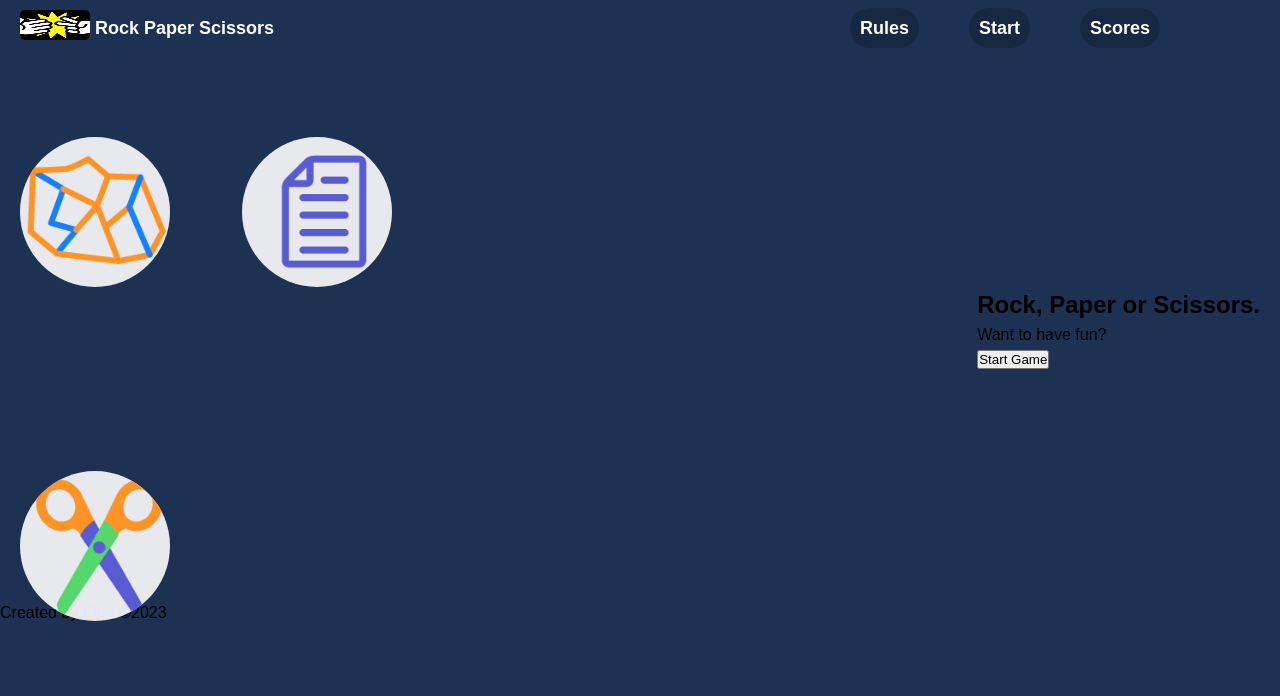
Repository: MikkyPrestige/rock-paper-scissors
Page: index.html
These files come from the project's save history. The page is drawn as it stood at one moment and after the next save; the edit follows.
The browser window is 1280 px wide. The pictures show the whole page.

Above is the page before, as saved 2023-05-08 04:42:50.

### index.html
<!DOCTYPE html>
<html lang="en">

<head>
  <meta charset="UTF-8">
  <meta http-equiv="X-UA-Compatible" content="IE=edge">
  <meta name="viewport" content="width=device-width, initial-scale=1.0">
  <title>Rock, Paper or Scissors Game</title>
  <link rel="stylesheet" href="./index.css">
  <!-- <script src="./index.js" defer></script> -->
</head>

<body>
  <main>
    <header>
      <figure>
        <a href="/">
          <img src="./img/logo.png" alt="Logo" class="logo">
        </a>
        <figcaption>Rock Paper Scissors</figcaption>
      </figure>
      <nav>
        <ul>
          <li><a href="#">Rules</a></li>
          <li><a href="#">Start</a></li>
          <li><a href="#">Scores</a></li>
        </ul>
      </nav>
    </header>
    <section class="home">
      <div class="images">
        <img src="./img/Rock.gif" alt="Rock image" class="img rock">
        <img src="./img/Paper.gif" alt="Paper image" class="img paper">
        <img src="./img/Scissors.gif" alt="Scissors image" class="img scissors">
      </div>
      <div class="content">
        <h1>Rock, Paper or Scissors.</h1>
        <p>Want to have <span>fun?</span></p>
        <button type="submit" class="btn">Start Game</button>
      </div>
    </section>

    <footer>
      <p>Created by <a href="#" target="_blank">Elue</a> &copy;2023</p>
    </footer>
  </main>
</body>

</html>

### index.css
*,
*::after,
*::before {
  box-sizing: border-box;
  margin: 0;
  padding: 0;
}

html {
  font-size: 62.5%;
}

body {
  font-family: "Fira Sans", sans-serif;
  font-size: 1.6rem;
  line-height: 1.5;
  background: rgba(29, 50, 83, 1);
  width: 100%;
  height: 100%;
}

main {
  display: flex;
  flex-direction: column;
  justify-content: center;
  gap: 2rem;
  height: 100%;
  width: 100%;
}

header {
  display: flex;
  justify-content: space-between;
  align-items: center;
  padding: 1rem 2rem;
  width: 100%;
  height: auto;
}

figure {
  display: flex;
  align-items: center;
  gap: .5rem;
  height: auto;
}

.logo {
  width: 7rem;
  height: 3rem;
  border-radius: .5rem;
  -webkit-border-radius: .5rem;
  -moz-border-radius: .5rem;
  -ms-border-radius: .5rem;
  -o-border-radius: .5rem;
}

figcaption {
  font-size: 1.8rem;
  font-weight: 600;
  color: rgba(255, 255, 255, 1);
}

nav {
  height: auto;
  margin-right: 10rem;
}

ul {
  display: flex;
  justify-content: center;
  align-items: center;
  gap: 5rem;
  list-style: none;
}

li a {
  font-size: 1.8rem;
  font-weight: 600;
  color: rgba(255, 255, 255, 1);
  background: linear-gradient(0deg, rgba(0, 0, 0, 0.2), rgba(0, 0, 0, 0.2)), #1D3253;
  text-decoration: none;
  padding: 1rem;
  border-radius: 2rem;
}

li a:hover {
  background: rgba(255, 255, 255, 1);
  color: rgba(29, 50, 83, 1);
  text-decoration: underline;
}

.home {
  display: flex;
  justify-content: space-between;
  align-items: center;
  padding: 1rem 2rem;
  width: 100%;
  height: 70vh;
}

.images {
  position: relative;
  height: 100%;
  flex-basis: 30%;
  margin-top: 10rem;
}

.img {
  background: rgba(253, 253, 253, 0.9);
  border-radius: 50%;
  -webkit-border-radius: 50%;
  -moz-border-radius: 50%;
  -ms-border-radius: 50%;
  -o-border-radius: 50%;
  width: 15rem;
  height: 15rem;
}

.rock {
  position: absolute;
  top: 0;
  left: 0;
}

.paper {
  position: absolute;
  top: 0;
  right: 0;
}

.scissors {
  position: absolute;
  bottom: 0;
  left: 0;
}

After the next save:
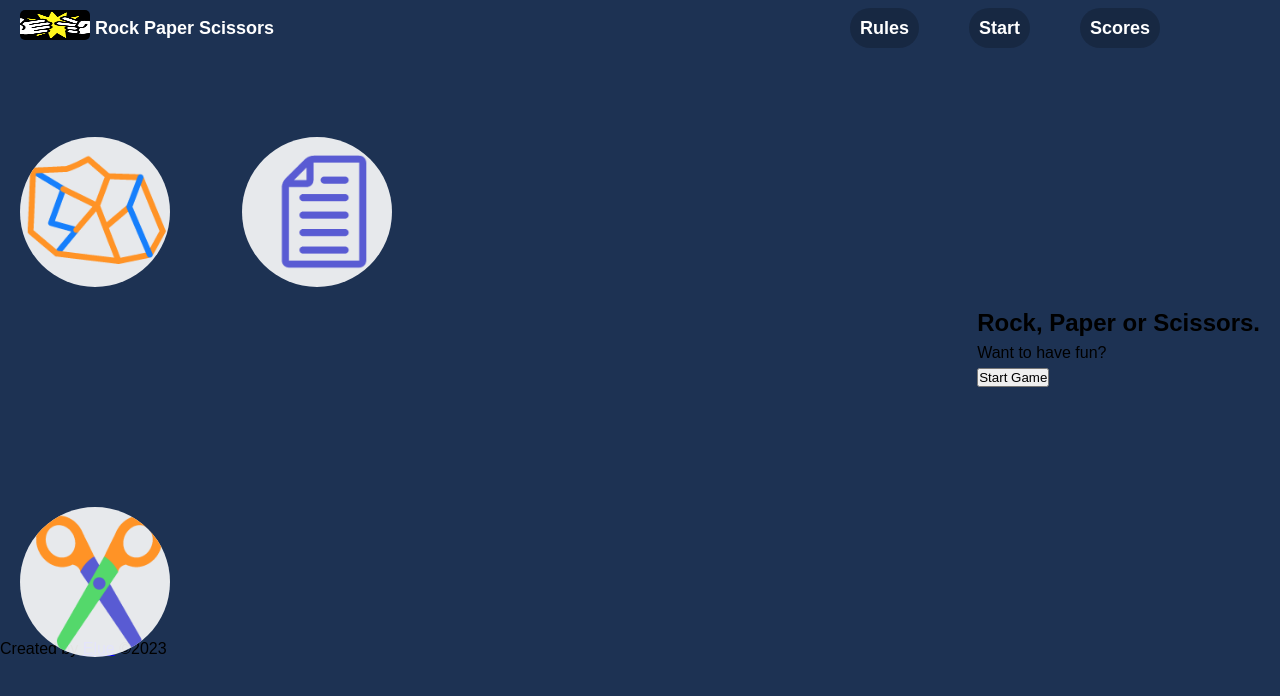
Saved 10 s later.
--- a/index.css
+++ b/index.css
@@ -95,7 +95,7 @@ li a:hover {
   align-items: center;
   padding: 1rem 2rem;
   width: 100%;
-  height: 70vh;
+  height: 75vh;
 }
 
 .images {

After the save that followed:
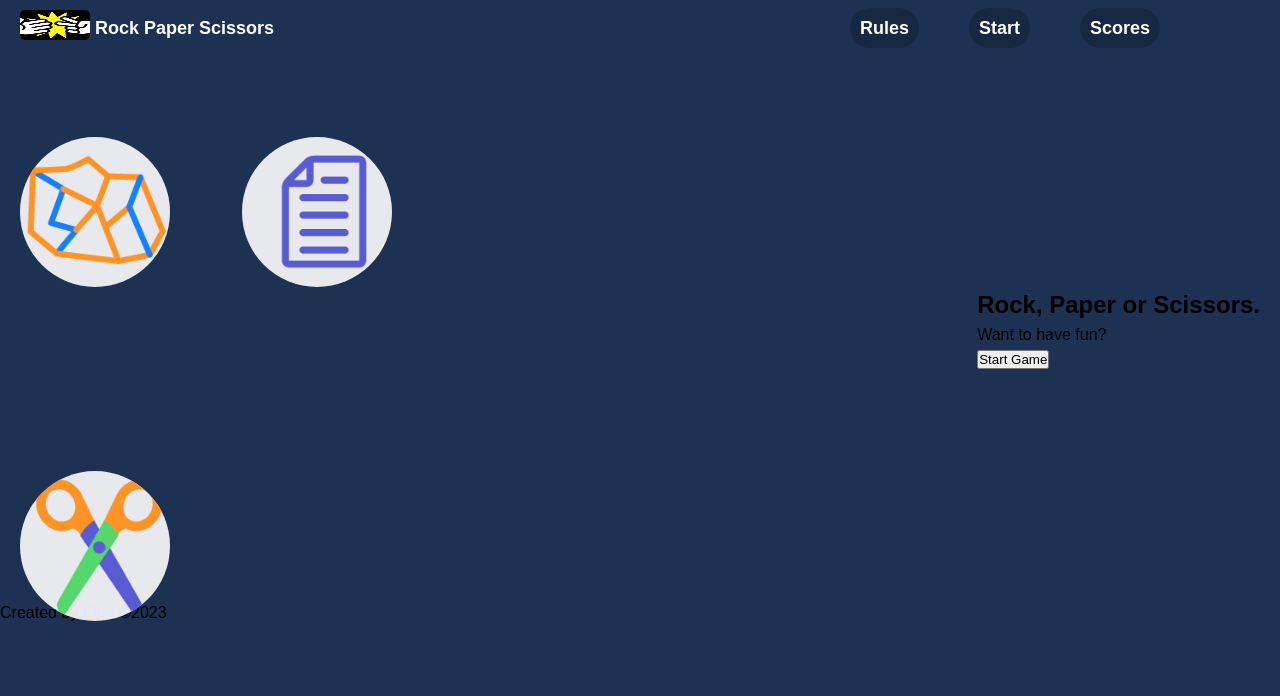
Saved 12 s later.
--- a/index.css
+++ b/index.css
@@ -95,7 +95,7 @@ li a:hover {
   align-items: center;
   padding: 1rem 2rem;
   width: 100%;
-  height: 75vh;
+  height: 70vh;
 }
 
 .images {
